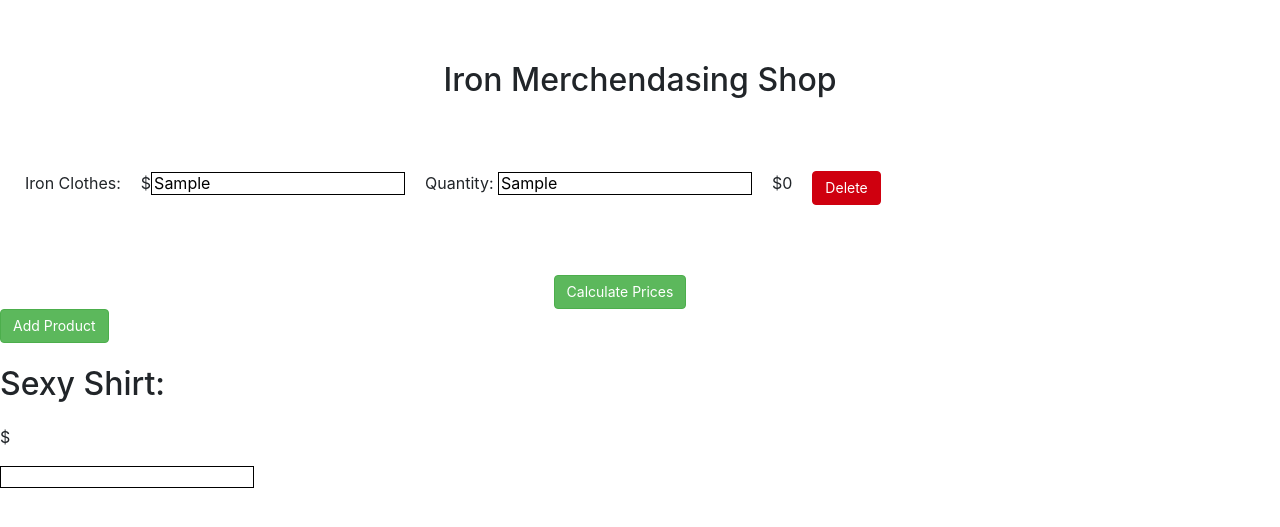
Repository: konstantin0s/lab-cart-DOM
Page: index.html
An editor plug-in stored every save of this project. The page is shown before and after the next save, followed by the edit.
The browser window is 1280 px wide. The pictures show the whole page.
Empty fields were first filled with sample values (such as "Sample", 5 or name@example.com).
After loading, the first visible `#addExtra` was clicked once.
Some web libraries are served in a nearby version.

Above is the page before, as saved 2019-02-01 23:58:08.
Console error: TypeError: Cannot set properties of null (setting 'onclick')

After the next save:
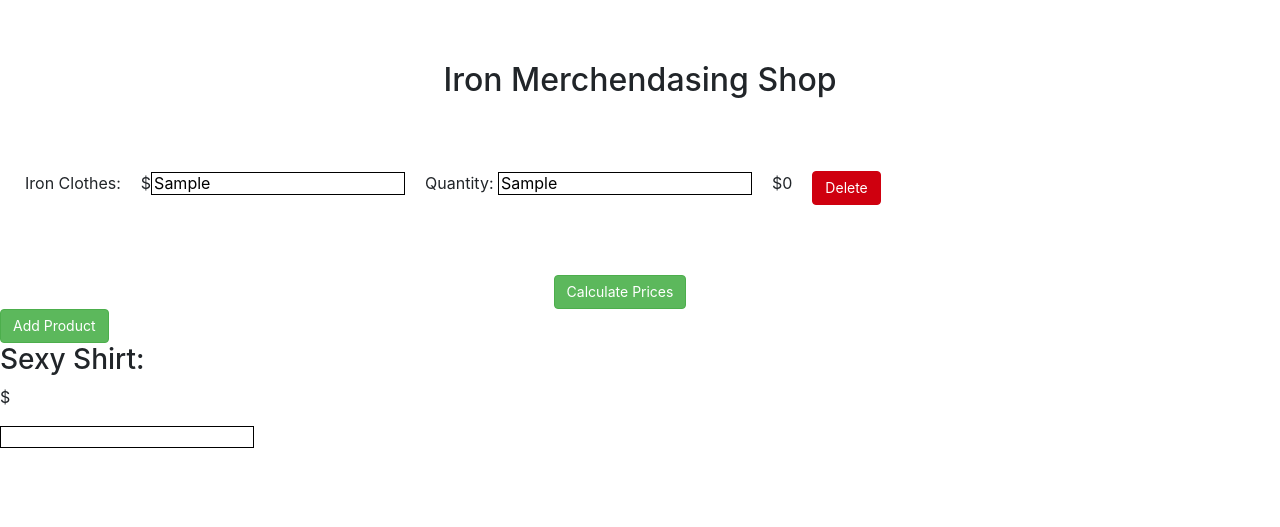
Saved 8 s later.
--- a/js/index.js
+++ b/js/index.js
@@ -57,7 +57,7 @@ function createItemNode(dataType, itemData){
 }
 
 function createNewItemRow(itemName, itemUnitPrice){
-  var h1 = document.createElement("H1");                       // Create a <p> element
+  var h1 = document.createElement("H3");                       // Create a <p> element
   itemName = document.createTextNode("Sexy Shirt: ");      // Create a text node
   h1.appendChild(itemName);                                          // Append the text to <p>
   document.getElementsByClassName("newRowItems")[0].appendChild(h1);
